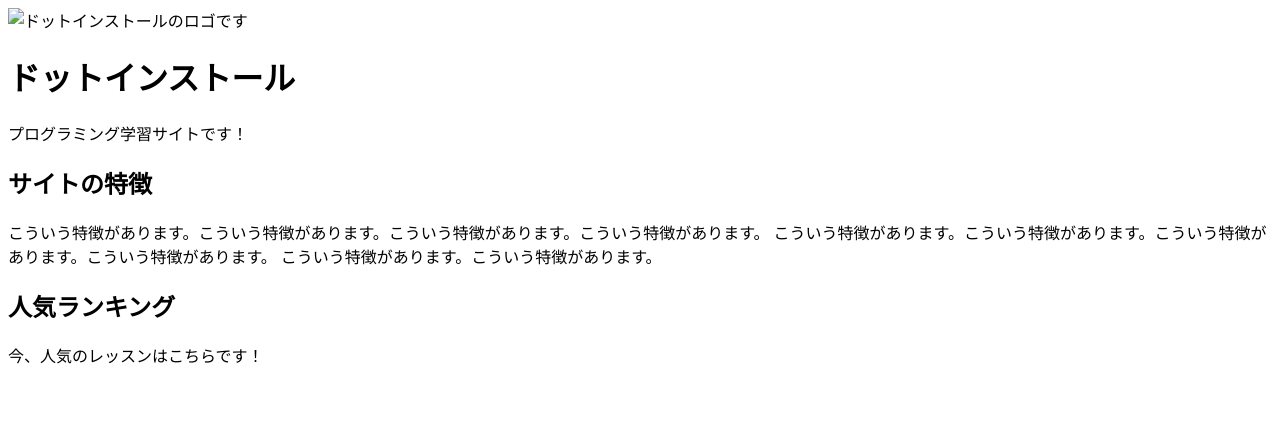
Repository: kojimayu/dotinstall-html
Page: index.html
The author's editor kept a copy of each file at every save. The page is drawn from the files as they stood at one save, then again after the next save.
The browser window is 1280 px wide. The pictures show the whole page.

Above is the page before, as saved 2019-04-04 14:44:32.
Not found: img.log.png

### index.html
<!DOCTYPE html>
<html lang="ja">

<head>
    <meta charset="UTF-8">
    <title>ドットインストール</title>
    <meta name="description" content="プログラミング学習サイトのドットインストールです。">
    <link rel="icon" href="favicon.ico">
</head>

<body>
    <img src="img.log.png" alt="ドットインストールのロゴです" width="240" height="40">
    <h1>ドットインストール</h1>
    <p>プログラミング学習サイトです！</p>

    <h2>サイトの特徴</h2>
    <p>こういう特徴があります。こういう特徴があります。こういう特徴があります。こういう特徴があります。
        こういう特徴があります。こういう特徴があります。こういう特徴があります。こういう特徴があります。
        こういう特徴があります。こういう特徴があります。
    </p>

    <h2>人気ランキング</h2>
    <p>今、人気のレッスンはこちらです！</p>
</body>

</html>

After the next save:
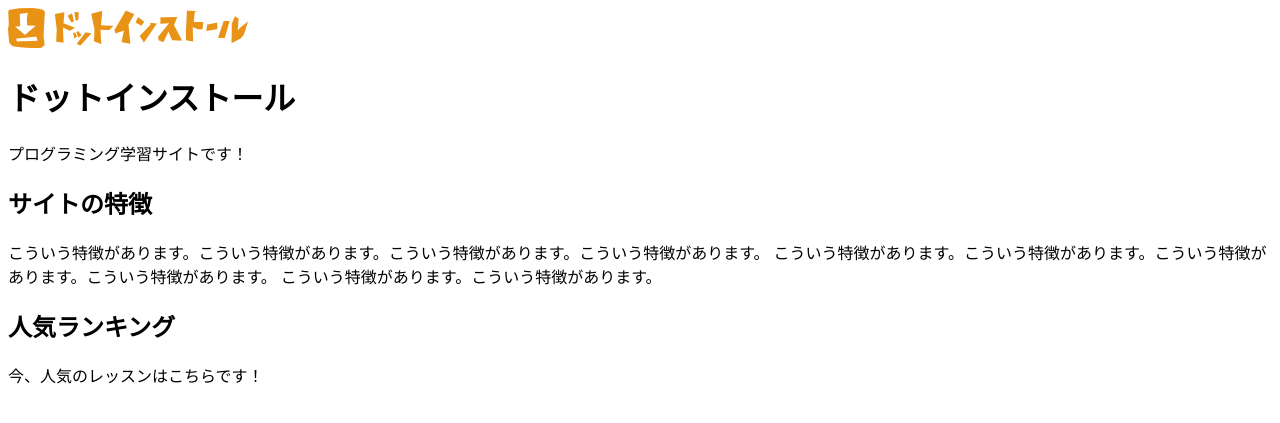
Saved 83 s later.
--- a/index.html
+++ b/index.html
@@ -9,7 +9,7 @@
 </head>
 
 <body>
-    <img src="img.log.png" alt="ドットインストールのロゴです" width="240" height="40">
+    <img src="img/logo.png" alt="ドットインストールのロゴです" width="240" height="40">
     <h1>ドットインストール</h1>
     <p>プログラミング学習サイトです！</p>
 
